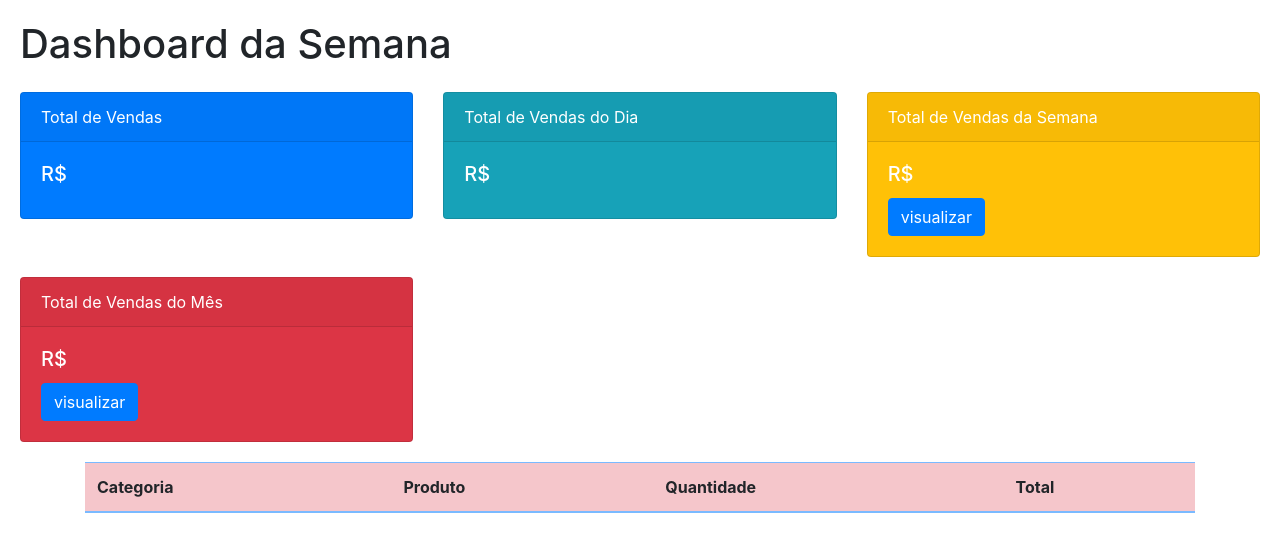
Repository: joaobatistafrontend/vendas_produto
Page: templates/detalhesDias.html
An editor plug-in stored every save of this project. The page is shown before and after the next save, followed by the edit.
The browser window is 1280 px wide. The pictures show the whole page.
The template is drawn by Django 5.2. The application's start-up code is not run. Other server files are loaded and not shown. The template is opened directly, without the code that normally fills it, so the values that code supplies are empty.

Above is the page before, as saved 2024-08-05 00:11:12.

### templates/detalhesDias.html
<!DOCTYPE html>
<html lang="en">

<head>
    <meta charset="UTF-8">
    <meta name="viewport" content="width=device-width, initial-scale=1.0">
    <title>Vendas da Semana</title>

    <link rel="stylesheet" href="https://stackpath.bootstrapcdn.com/bootstrap/4.5.2/css/bootstrap.min.css">
    <style>
        body {
            padding: 20px;
        }

        .card {
            margin-bottom: 20px;
        }
    </style>
</head>

<body>
    <h1 class="mb-4">Dashboard da Semana </h1>

    <div class="row">

        <div class="col-md-4">
            <div class="card text-white bg-primary">
                <div class="card-header">Total de Vendas</div>
                <div class="card-body">
                    <h5 class="card-title">R${{ totalVendas }}</h5>

                </div>
            </div>
        </div>

        <div class="col-md-4">
            <div class="card text-white bg-info">
                <div class="card-header">Total de Vendas do Dia</div>
                <div class="card-body">
                    <h5 class="card-title">R${{ total_dia }}</h5>
                </div>
            </div>
        </div>

        <div class="col-md-4">
            <div class="card text-white bg-warning">
                <div class="card-header">Total de Vendas da Semana</div>
                <div class="card-body">
                    <h5 class="card-title">R${{ total_semana }}</h5>
                    <button class="btn btn-primary">visualizar</button>
                </div>
            </div>
        </div>

        <div class="col-md-4">
            <div class="card text-white bg-danger">
                <div class="card-header">Total de Vendas do Mês</div>
                <div class="card-body">
                    <h5 class="card-title">R${{ total_mes }}</h5>
                    <button class="btn btn-primary">visualizar</button>
                </div>
            </div>
        </div>

        {% if mais_vendido %}
        <div class="col-md-10">
            <div class="card text-white bg-success">
                <div class="card-header">Produto Mais Vendido</div>
                <div class="card-body">
                    <h5 class="card-title">Produto: {{ mais_vendido.produto__nome_produto }}</h5>
                    <p class="card-text">Quantidade Vendida: {{ mais_vendido.total_vendido }}</p>
                    <p class="card-text">Total Arrecadado: R${{ mais_vendido.total_revenue }}</p>
                </div>
            </div>
        </div>
        {% endif %}
    </div>

    <section>
        <div class="container">
            <table class="table table-primary">
                <thead class="table-danger">
                    <tr class="table-danger">
                        <th>Categoria</th>
                        <th>Produto</th>
                        <th>Quantidade</th>
                        <th>Total</th>
                    </tr>
                </thead>
                <tbody>
                    {% for venda in vendasSemana %}
                        <tr>
                            <th>{{venda.produto.tipo_categoria}}</th>
                            <th>{{venda.produto.nome_produto}}</th>
                            <th>{{venda.qtd}}</th>
                            <th>{{venda.total}}</th>
                        </tr>
                    {% endfor %}
                </tbody>
            </table>


            <!-- <div class="row">

                <div class="card mt-4">
                    <div class="card-header">Vendas do Dia {{ total_dia }}</div>
                    <div class="card-body">
                        <ul class="list-group">

                            {% for venda in vendas_dia %}
                                <li class="list-group-item list-group-item-secondary">{{venda.produto.tipo_categoria}}- {{venda.produto.nome_produto}} - {{venda.qtd}} - {{venda.total}}</li>
                            {% endfor %}
                        </ul>
                    </div>
                </div>



            </div> -->
        </div>
    </section>
            <script src="https://code.jquery.com/jquery-3.5.1.slim.min.js"></script>
            <script src="https://cdn.jsdelivr.net/npm/@popperjs/core@2.11.6/dist/umd/popper.min.js"></script>
            <script src="https://stackpath.bootstrapcdn.com/bootstrap/4.5.2/js/bootstrap.min.js"></script>
</body>

</html>

After the next save:
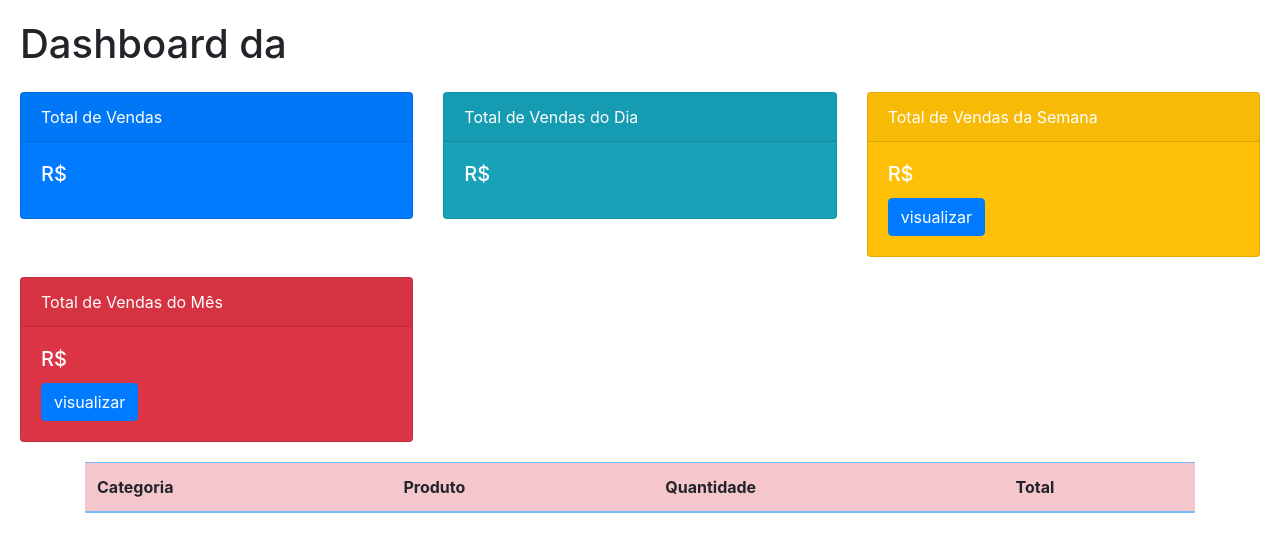
Saved 2 s later.
--- a/templates/detalhesDias.html
+++ b/templates/detalhesDias.html
@@ -4,7 +4,7 @@
 <head>
     <meta charset="UTF-8">
     <meta name="viewport" content="width=device-width, initial-scale=1.0">
-    <title>Vendas da Semana</title>
+    <title>Vendas diaria</title>
 
     <link rel="stylesheet" href="https://stackpath.bootstrapcdn.com/bootstrap/4.5.2/css/bootstrap.min.css">
     <style>
@@ -19,7 +19,7 @@
 </head>
 
 <body>
-    <h1 class="mb-4">Dashboard da Semana </h1>
+    <h1 class="mb-4">Dashboard da </h1>
 
     <div class="row">
 
